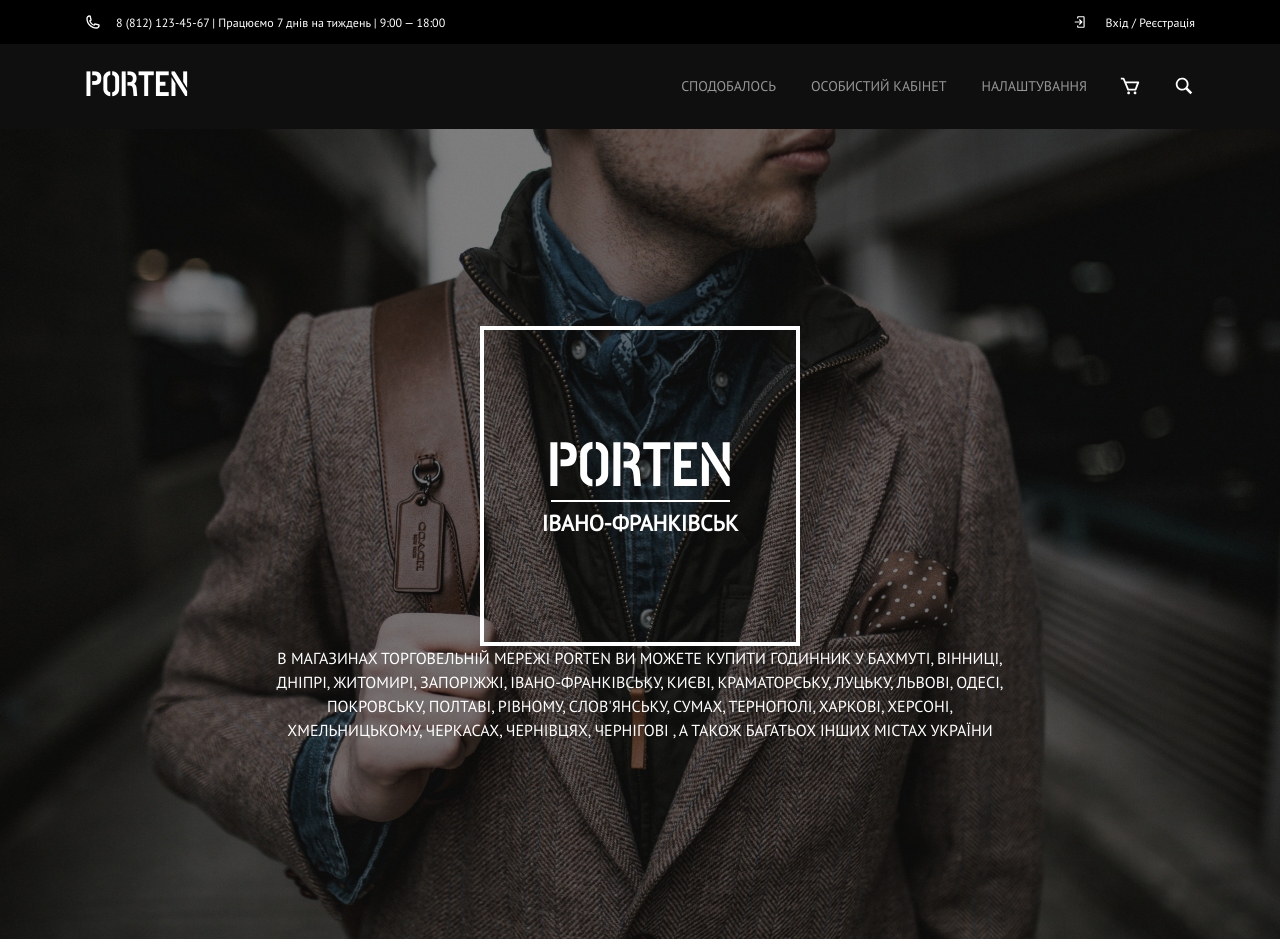
Repository: KYUUBI-K/porten
Page: index.html
The author's editor kept a copy of each file at every save. The page is drawn from the files as they stood at one save, then again after the next save.
The browser window is 1280 px wide. The pictures show the whole page.

Above is the page before, as saved 2025-09-09 21:53:50.

### index.html
<!DOCTYPE html>
<html lang="en">
  <head>
    <meta charset="UTF-8" />
    <meta name="viewport" content="width=device-width, initial-scale=1.0" />
    <title>Cappadocia</title>
    <link rel="stylesheet" href="./styles.css" />
    <script defer src="./index.js"></script>
  </head>
  <body>
    <header class="header">
      <div class="top-line">
        <div class="wrapper">
          <div class="top-line-content">
            <div class="info">
              <svg
                width="16"
                height="16"
                viewBox="0 0 16 16"
                fill="none"
                xmlns="http://www.w3.org/2000/svg"
              >
                <path
                  d="M11.6 14.6667C8.87817 14.6631 6.26886 13.5803 4.34425 11.6557C2.41964 9.73112 1.33684 7.1218 1.33331 4.39999C1.33331 3.58666 1.65641 2.80665 2.23152 2.23153C2.80663 1.65642 3.58665 1.33333 4.39998 1.33333C4.57221 1.33202 4.74415 1.34765 4.91331 1.37999C5.07685 1.4042 5.23762 1.44439 5.39331 1.49999C5.50281 1.53841 5.60039 1.60475 5.67639 1.69244C5.75239 1.78014 5.80418 1.88615 5.82665 1.99999L6.73998 5.99999C6.7646 6.10857 6.76163 6.22158 6.73136 6.32872C6.70108 6.43585 6.64445 6.5337 6.56665 6.61333C6.47998 6.70666 6.47331 6.71333 5.65331 7.13999C6.30998 8.58057 7.46211 9.73743 8.89998 10.4C9.33331 9.57333 9.33998 9.56666 9.43331 9.47999C9.51294 9.40219 9.61079 9.34556 9.71792 9.31528C9.82506 9.28501 9.93807 9.28204 10.0466 9.30666L14.0466 10.22C14.1568 10.2456 14.2587 10.2988 14.3427 10.3746C14.4267 10.4504 14.49 10.5463 14.5266 10.6533C14.5829 10.8116 14.6253 10.9744 14.6533 11.14C14.6801 11.3075 14.6935 11.477 14.6933 11.6467C14.681 12.4565 14.3488 13.2286 13.7693 13.7944C13.1897 14.3602 12.4099 14.6738 11.6 14.6667V14.6667ZM4.39998 2.66666C3.94081 2.66842 3.50095 2.8516 3.17627 3.17628C2.85158 3.50097 2.6684 3.94083 2.66665 4.39999C2.66841 6.76872 3.61017 9.03992 5.28511 10.7149C6.96005 12.3898 9.23125 13.3316 11.6 13.3333C12.0591 13.3316 12.499 13.1484 12.8237 12.8237C13.1484 12.499 13.3316 12.0592 13.3333 11.6V11.38L10.24 10.6667L10.0466 11.0333C9.74665 11.6133 9.52665 12.0333 8.96665 11.8067C7.8619 11.4112 6.85911 10.7747 6.03114 9.94325C5.20316 9.11181 4.57079 8.10638 4.17998 6.99999C3.93998 6.47999 4.39331 6.23999 4.96665 5.93999L5.33331 5.75999L4.61998 2.66666H4.39998Z"
                  fill="white"
                />
              </svg>
              8 (812) 123-45-67 | Працюємо 7 днів на тиждень | 9:00 — 18:00
            </div>
            <div class="login">
              <svg
                width="14"
                height="14"
                viewBox="0 0 14 14"
                fill="none"
                xmlns="http://www.w3.org/2000/svg"
              >
                <path
                  d="M5.25001 1.16675H10.5C11.1417 1.16675 11.6667 1.69175 11.6667 2.33341V11.6667C11.6667 12.3084 11.1417 12.8334 10.5 12.8334H5.25001C4.60834 12.8334 4.08334 12.3084 4.08334 11.6667V10.5001H5.25001V11.6667H10.5V2.33341H5.25001V3.50008H4.08334V2.33341C4.08334 1.69175 4.60834 1.16675 5.25001 1.16675Z"
                  fill="white"
                />
                <path
                  d="M5.88583 9.09409L6.70833 9.91659L9.625 6.99992L6.70833 4.08325L5.88583 4.90575L7.39083 6.41659H1.75V7.58325H7.39083L5.88583 9.09409Z"
                  fill="white"
                />
              </svg>
              Вхід / Реєстрація
            </div>
          </div>
        </div>
      </div>
      <div class="bot-line">
        <div class="wrapper">
          <div class="bot-line-content">
            <div class="header-logo">PORTEN</div>
            <nav class="header-menu">
              <ul class="header-menu-list">
                <li class="header-menu-item">
                  <a class="header-menu-link" href="#liked">cподобалось</a>
                </li>
                <li class="header-menu-item">
                  <a class="header-menu-link" href="#office"
                    >Особистий кабінет</a
                  >
                </li>
                <li class="header-menu-item">
                  <a class="header-menu-link" href="#settings">налаштування</a>
                </li>
              </ul>
              <svg
                width="22"
                height="22"
                viewBox="0 0 22 22"
                fill="none"
                xmlns="http://www.w3.org/2000/svg"
              >
                <path
                  d="M20.0035 6.81175C19.9192 6.6899 19.8066 6.59031 19.6754 6.5215C19.5441 6.45269 19.3982 6.41672 19.25 6.41667H6.72193L5.66409 3.8775C5.52539 3.54312 5.29052 3.25746 4.98927 3.05673C4.68801 2.856 4.33393 2.74925 3.97193 2.75H1.83334V4.58334H3.97193L8.32059 15.0196C8.39025 15.1866 8.50775 15.3292 8.65831 15.4295C8.80887 15.5298 8.98575 15.5834 9.16668 15.5833H16.5C16.8823 15.5833 17.2242 15.3459 17.3589 14.9893L20.1089 7.656C20.1609 7.51724 20.1785 7.36794 20.1601 7.22091C20.1417 7.07387 20.088 6.93348 20.0035 6.81175ZM15.8648 13.75H9.77809L7.48643 8.25H17.9273L15.8648 13.75Z"
                  fill="white"
                />
                <path
                  d="M9.625 19.25C10.3844 19.25 11 18.6344 11 17.875C11 17.1156 10.3844 16.5 9.625 16.5C8.86561 16.5 8.25 17.1156 8.25 17.875C8.25 18.6344 8.86561 19.25 9.625 19.25Z"
                  fill="white"
                />
                <path
                  d="M16.0417 19.25C16.8011 19.25 17.4167 18.6344 17.4167 17.875C17.4167 17.1156 16.8011 16.5 16.0417 16.5C15.2823 16.5 14.6667 17.1156 14.6667 17.875C14.6667 18.6344 15.2823 19.25 16.0417 19.25Z"
                  fill="white"
                />
              </svg>
              <svg
                width="22"
                height="22"
                viewBox="0 0 22 22"
                fill="none"
                xmlns="http://www.w3.org/2000/svg"
              >
                <path
                  d="M19.25 17.4167L14.5255 12.6922C15.3989 11.3648 15.7488 9.76053 15.5073 8.18999C15.2658 6.61945 14.4501 5.19437 13.2182 4.19068C11.9864 3.18698 10.4259 2.67606 8.83895 2.75684C7.252 2.83762 5.75147 3.50434 4.62788 4.62794C3.50428 5.75153 2.83755 7.25206 2.75678 8.83901C2.676 10.426 3.18692 11.9864 4.19061 13.2183C5.19431 14.4502 6.61939 15.2658 8.18993 15.5073C9.76047 15.7488 11.3648 15.399 12.6922 14.5256L17.4167 19.2501L19.25 17.4167ZM4.58335 9.16675C4.58335 6.6395 6.63944 4.58341 9.16669 4.58341C11.6939 4.58341 13.75 6.6395 13.75 9.16675C13.75 11.694 11.6939 13.7501 9.16669 13.7501C6.63944 13.7501 4.58335 11.694 4.58335 9.16675Z"
                  fill="white"
                />
              </svg>
            </nav>
          </div>
        </div>
      </div>
    </header>
    <section class="banner">
      <div class="banner-box">
        <h1 class="banner-title">PORTEN</h1>
        <h2 class="banner-subtitle">івано-франківськ</h2>
      </div>
      <div class="banner-info">
        В магазинах Торговельній мережі Porten ви можете купити годинник у
        Бахмуті, Вінниці, Дніпрі, Житомирі, Запоріжжі, Івано-Франківську, Києві,
        Краматорську, Луцьку, Львові, Одесі, Покровську, Полтаві, Рівному,
        Слов'янську, Сумах, Тернополі, Харкові, Херсоні, Хмельницькому,
        Черкасах, Чернівцях, Чернігові , а також багатьох інших містах України
      </div>
    </section>
  </body>
</html>

### styles.css
@font-face {
  font-family: "PT Sans";
  src: url("./fonts/PTSans-Regular.woff2") format("woff2");
  font-weight: 400;
  font-style: normal;
  font-display: swap;
}

@font-face {
  font-family: "Playfair Display";
  src: url("./fonts/PlayfairDisplay-Regular.woff2") format("woff2");
  font-weight: 400;
  font-style: normal;
  font-display: swap;
}

@font-face {
  font-family: "Playfair Display";
  src: url("./fonts/PlayfairDisplay-Bold.woff2") format("woff2");
  font-weight: 700;
  font-style: normal;
  font-display: swap;
}

@font-face {
  font-family: "Post No Bills Jaffna";
  src: url("./fonts/PostNoBillsJaffna-Bold.woff2") format("woff2");
  font-weight: 700;
  font-style: normal;
  font-display: swap;
}

html {
  box-sizing: border-box;
}
*,
*::before,
*::after {
  box-sizing: inherit;
  margin: 0;
  padding: 0;
}

:root {
  --color-dark: #000000;
  --color-light-dark: #0f0f0f;
  --color-white: #ffffff;
  --light-gray: #d0d0d0;
  --color-gray: #969696;

  --border: 1px solid var(--color-white);

  --font-family-base: "PT Sans", sans-serif;
  --font-family-accent: "Playfair Display", sans-serif;
  --font-family-logo: "Post No Bills Jaffna", sans-serif;

  --input-height: 47px;
}

body {
  font-size: 14px;
  font-family: var(--font-family-base);
  background-color: var(--color-dark);
  color: var(--color-white);
}

li {
  list-style: none;
}
a {
  text-decoration: none;
  color: inherit;
}
.wrapper {
  margin: 0 auto;
  max-width: 1110px;
}

.top-line-content {
  font-family: var(--font-family-base);
  font-size: 12px;
  display: flex;
  justify-content: space-between;
  padding: 14px 0px;
}
.info {
  display: flex;
  align-items: center;
  column-gap: 15px;
}

.login {
  display: flex;
  align-items: center;
  column-gap: 19px;
}

.bot-line {
  background-color: var(--color-light-dark);
}

.bot-line-content {
  display: flex;
  justify-content: space-between;
  padding: 15px 0 16px 0;
}

.header-menu {
  font-family: var(--font-family-base);
  font-size: 14px;
  color: var(--color-gray);
  display: flex;
  justify-content: space-between;
  gap: 32px;
  align-items: center;
}
.header-menu-list {
  display: flex;
  text-transform: uppercase;
  gap: 35px;
}
.header-logo {
  font-family: var(--font-family-logo);
  font-size: 36px;
}

.banner {
  position: relative;
  display: flex;
  flex-direction: column;
  justify-content: center;
  align-items: center;
  text-align: center;
  text-transform: uppercase;
  min-height: 810px;
  background: linear-gradient(
      0deg,
      rgba(15, 15, 15, 0.5) 0%,
      rgba(15, 15, 15, 0.5) 100%
    ),
    url(/images/Rectangle\ 3.png) lightgray 50% / cover no-repeat;
}
.banner-box {
  /* margin-bottom: 80px;
  border: 4px solid #fff;
  padding: 93px 61px 94px 61px; */
  width: 320px;
  height: 320px;
  border: 4px solid #fff; /* білий бордер */
  display: flex; /* щоб контент був по центру */
  flex-direction: column;
  align-items: center;
  justify-content: center;
  box-sizing: border-box;
}
.banner-title {
  font-family: var(--font-family-logo);
  font-size: 64px;
  font-weight: 700;
  line-height: 1;
}
.banner-title::after {
  content: "";
  display: block;
  width: 179px;
  height: 2px;
  background: white;
  margin: auto;
}

.banner-subtitle {
  margin-top: 7px;
  font-family: var(--font-family-base);
  font-size: 22px;
}

.banner-info {
  font-family: var(--font-family-base);
  font-size: 16px;
  font-style: normal;
  font-weight: 400;
  line-height: 150%;
  max-width: 730px;
}

### index.js
document.addEventListener("DOMContentLoaded", () => {
  const sliders = document.querySelectorAll(".route-slider, .about-slider");

  sliders.forEach((slider) => {
    const slidesContainer = slider.querySelector(".slides");
    const slides = slider.querySelectorAll(".slide");
    const prevBtn = slider.querySelector(".prev");
    const nextBtn = slider.querySelector(".next");

    let currentIndex = 0;

    function updateSlide() {
      slidesContainer.style.transform = `translateX(-${currentIndex * 100}%)`;
    }

    nextBtn.addEventListener("click", () => {
      currentIndex++;
      if (currentIndex >= slides.length) {
        currentIndex = 0;
      }
      updateSlide();
    });

    prevBtn.addEventListener("click", () => {
      currentIndex--;
      if (currentIndex < 0) {
        currentIndex = slides.length - 1;
      }
      updateSlide();
    });
  });
});

After the next save:
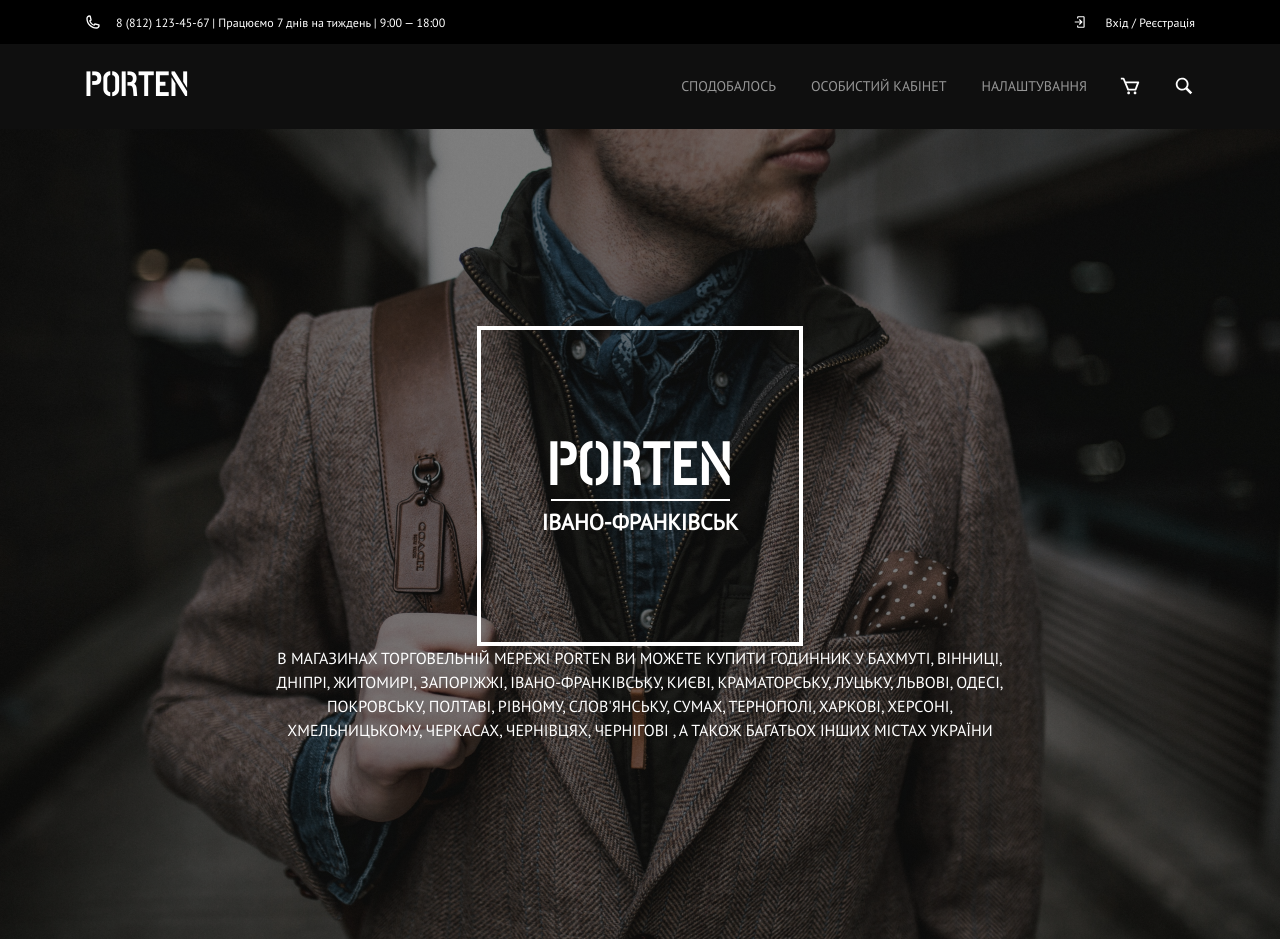
Saved 18 s later.
--- a/styles.css
+++ b/styles.css
@@ -141,7 +141,7 @@
     url(/images/Rectangle\ 3.png) lightgray 50% / cover no-repeat;
 }
 .banner-box {
-  /* margin-bottom: 80px;
+  /* /* margin-bottom: 80px; */
   border: 4px solid #fff;
   padding: 93px 61px 94px 61px; */
   width: 320px;
